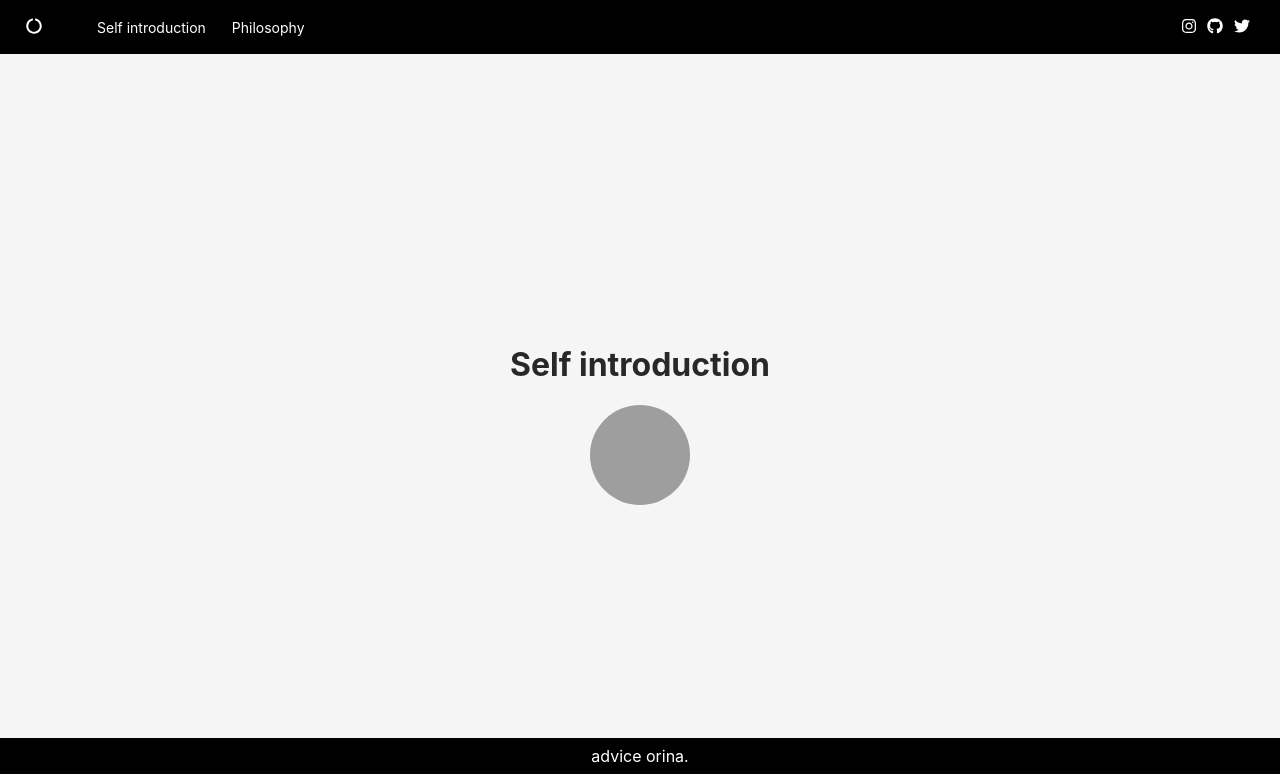
Repository: Rujuu-prog/react-mysite
Page: /selfintroduction
These files come from the project's save history. The page is drawn as it stood at one moment and after the next save; the edit follows.
The browser window is 1280 px wide. The pictures show the whole page.
Pictures or frames that could not be fetched are drawn as grey boxes. The project was rebuilt for these pictures with package versions that can differ from the ones it lists, and the page was loaded fresh each time. Also part of the build but not shown: src/components/pages/Philosophy.tsx, src/components/pages/Top.tsx.

Above is the page before, as saved 2021-05-13 01:31:00.

### src/App.tsx
import { Router } from "./router/Router";
import './App.css';



export default function App() {
  return (
    <div className="App" >
      <Router />
    </div>
  );
}

### src/router/Router.tsx
import React from "react";
import { BrowserRouter, Route, Switch } from "react-router-dom";
import { Philosophy } from "../components/pages/Philosophy";
import { SelfIntroduction } from "../components/pages/SelfIntroduction";
import { Top } from "../components/pages/Top";
import { DefaultLayout } from "../components/templates/DefaultLayout";

export const Router:React.FC = () => {
    return(
        <BrowserRouter>
            <Switch>
                <Route exact path="/">
                <DefaultLayout>
                    <Top />
                </DefaultLayout>
                </Route>
                <Route exact path="/selfintroduction">
                <DefaultLayout>
                    <SelfIntroduction/>
                </DefaultLayout>
                </Route>
                <Route path="/philosophy">
                <DefaultLayout>
                    <Philosophy />
                </DefaultLayout>
                </Route>
            </Switch>
        </BrowserRouter>
    );
}

### src/components/pages/SelfIntroduction.tsx
import React from "react";
import styled from "styled-components";

import me from '../atoms/img/me.svg'

export const SelfIntroduction:React.FC = () => {
    return(
        <SMainContainer>
            <h1>Self introduction</h1>
            <img src={me} alt="me"/>
        </SMainContainer>

    );
};

const SMainContainer = styled.div`
    display: flex;
    flex-direction: column;
    justify-content: center;
    align-items: center;
    background-color: #f5f5f5;
    height: 100vh;
    h1 {
        color: #282828;
    }
    img {
        width: 100px;
        height: 100px;
        border-radius: 50%;
        background-position: left top;
    }
`;

### src/components/templates/DefaultLayout.tsx
import React from "react";
import styled from "styled-components";

import { FooterOnly } from "./FooterOnly";
import { HeaderOnly } from "./HeaderOnly";

type Props = {
    children?: React.ReactNode;
};

export const DefaultLayout: React.FC<Props> = ({children}) => {
    return (
    <SContainer>
        <HeaderOnly/>
        {children}
        <FooterOnly/>
    </SContainer>
    );
};

const SContainer = styled.div`
    min-height: 100vh;
    position: relative;
    box-sizing: border-box;
`;

### src/components/templates/FooterOnly.tsx
import React from "react";
import { Link } from "react-router-dom";
import styled from "styled-components";

import { Footer } from "../atoms/layout/Footer";


export const FooterOnly: React.FC = () => {
    return (
    <>
        <Footer />
    </>
    );
};


// const SLink = styled(Link)`
//     margin: 0 8px;
// `;

### src/components/templates/HeaderOnly.tsx
import React from "react";
import { Link } from "react-router-dom";
import styled from "styled-components";

import { Header } from "../atoms/layout/Header";
import { SecondaryButton } from "../atoms/button/SecondaryButton"
import { IconList } from "../molecules/IconList";
import { SiteIcon } from "../atoms/icon/SiteIcon";
import { NaviBar } from "../atoms/layout/NaviBar";

type Props = {
    children?: React.ReactNode;
};

export const HeaderOnly: React.FC<Props> = ({children}) => {
    return (
    <>
        <Header>
            <SiteIcon/>
            <NaviBar/>
        </Header>
        {children}
    </>
    );
};


// const SLink = styled(Link)`
//     margin: 0 8px;
// `;

### src/components/atoms/layout/Footer.tsx
import React from "react";
import styled from "styled-components";

export const Footer:React.FC = () => {
    return <SFooter><Sp>advice orina.</Sp></SFooter>;
};

const SFooter = styled.footer`
    background-color: black;
    color: #fff;
    text-align: center;
    padding: 8px 0;
    position: absolute;
    bottom: 0;
    width: 100%;
`;

const Sp = styled.p`
    margin: 0;
`;

### src/components/atoms/layout/Header.tsx
import React from "react";
import styled from "styled-components";

import { PrimaryButton } from '../button/PrimaryButton'

type Props = {
    children?: React.ReactNode;
}

export const Header: React.FC<Props> = ({children}) => {
    return (<SHeader>{children}</SHeader>);
};

const SHeader = styled.header`
    display: flex;
    align-items: center;
    height: 10%;
    background-color: black;
    color: #fff;
    padding: 16px 24px;
`;

### src/components/atoms/icon/SiteIcon.tsx
import { faCircleNotch } from "@fortawesome/free-solid-svg-icons";
import { FontAwesomeIcon } from "@fortawesome/react-fontawesome";
import styled from "styled-components";
import { Link } from "react-router-dom";

const IconStyle = {
    padding:"2",
    fontsize:"50"
}

export const SiteIcon:React.FC = () => {
    return(<SLink to="/"><FontAwesomeIcon style={IconStyle} icon={faCircleNotch}></FontAwesomeIcon></SLink>);
}

const SLink = styled(Link)`
    text-decoration: none;
    color: #fff;
`;

### src/components/atoms/layout/NaviBar.tsx
import React from "react";
import { Link } from "react-router-dom";
import styled from "styled-components";

import { SecondaryButton } from "../button/SecondaryButton"
import { IconList } from "../../molecules/IconList";

type Props = {
    children?: React.ReactNode;
};

export const NaviBar: React.FC<Props> = ({children}) => {
    return (
    <>
        <SNavi>
            <li><SLink to="/selfintroduction"><SecondaryButton>Self introduction</SecondaryButton></SLink></li>
            <Slist><SLink to="/philosophy"><SecondaryButton>Philosophy</SecondaryButton></SLink></Slist>
            <li><IconList/></li>
        </SNavi>
        {children}
    </>
    );
};


const SNavi = styled.ul`
    display: flex;
    // justify-content: space-between;
    align-items: center;
    width: 100%;
    margin: 0;
    background-color: black;
    list-style: none;
    color: #fff;
    text-align: center;
`;

const Slist = styled.li`
    margin-right: auto;
`;

const SLink = styled(Link)`
    margin: 0 8px;
    text-decoration: none;
`;

### src/components/atoms/button/SecondaryButton.tsx
import styled from "styled-components";

export const SecondaryButton = (props:any) => {
    const { children } = props;
    return <SButton>{children}</SButton>;
};

const SButton = styled.a`
    color: #fff;
    width: 10%;
    font-size: 14px;
    padding: 5px;
`;

### src/components/molecules/IconList.tsx
import React from "react";
import styled from "styled-components";
import { Github } from "../atoms/icon/Github";
import { Instagram } from "../atoms/icon/Instagram";
import { Twitter } from "../atoms/icon/Twitter";

export const IconList:React.FC = () => {
    return(
        <SIconContainer>
            <Instagram/>
            <Github/>
            <Twitter/>
        </SIconContainer>
    );
};

const SIconContainer = styled.div`
    display: flex;
    align-items: center;
    justify-content: space-around;
    width: 80px;
`;

### src/components/atoms/icon/Github.tsx
import { faGithub } from "@fortawesome/free-brands-svg-icons";
import { FontAwesomeIcon } from "@fortawesome/react-fontawesome"
import styled from "styled-components";


const IconStyle = {
    padding:"2",
    fontsize:"50",
}

export const Github:React.FC = () => {
    return(<SButton href='https://github.com/Rujuu-prog'><FontAwesomeIcon style={IconStyle} icon={faGithub}></FontAwesomeIcon></SButton>);
}

const SButton = styled.a`
    text-decoration: none;
    color: #fff;
`;

### src/components/atoms/icon/Instagram.tsx
import { faInstagram } from "@fortawesome/free-brands-svg-icons";
import { FontAwesomeIcon } from "@fortawesome/react-fontawesome";
import styled from "styled-components";

const IconStyle = {
    padding:"2",
    fontsize:"50"
}

export const Instagram:React.FC = () => {
    return(<SButton href='https://www.instagram.com/rujuuuuuu/'><FontAwesomeIcon style={IconStyle} icon={faInstagram}></FontAwesomeIcon></SButton>);
}

const SButton = styled.a`
    text-decoration: none;
    color: #fff;
`;

### src/components/atoms/icon/Twitter.tsx
import { faInstagram, faTwitter } from "@fortawesome/free-brands-svg-icons";
import { FontAwesomeIcon } from "@fortawesome/react-fontawesome"
import styled from "styled-components";

const IconStyle = {
    padding:"2",
    fontsize:"50"
}

export const Twitter:React.FC = () => {
    return(<SButton href='https://twitter.com/Rujuu2118'><FontAwesomeIcon style={IconStyle} icon={faTwitter}></FontAwesomeIcon></SButton>);
}

const SButton = styled.a`
    text-decoration: none;
    color: #fff;
`;

Loaded but not shown: public/index.html (common file); src/index.tsx (common file); src/index.css (common file); src/reportWebVitals.ts (common file); src/App.css (common file)

After the next save:
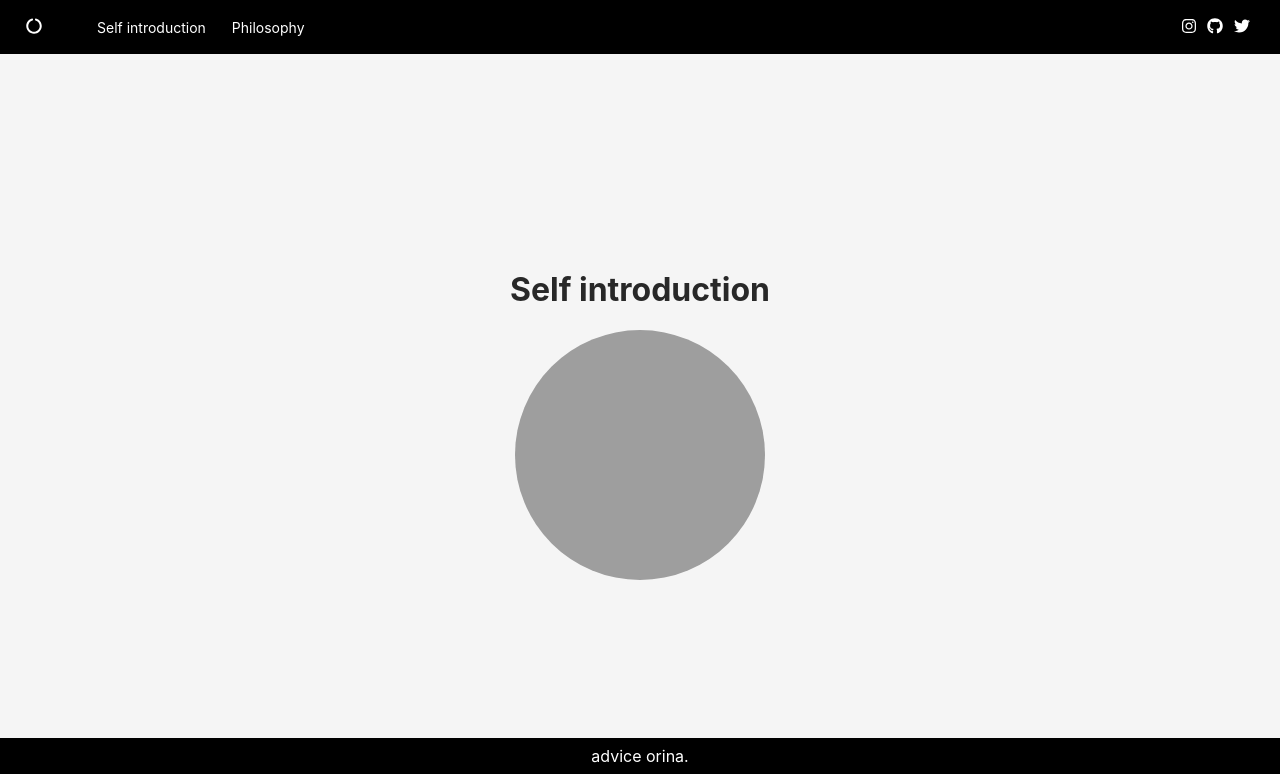
Saved 67 s later.
--- a/src/components/pages/SelfIntroduction.tsx
+++ b/src/components/pages/SelfIntroduction.tsx
@@ -24,8 +24,8 @@ const SMainContainer = styled.div`
         color: #282828;
     }
     img {
-        width: 100px;
-        height: 100px;
+        width: 250px;
+        height: 250px;
         border-radius: 50%;
         background-position: left top;
     }
